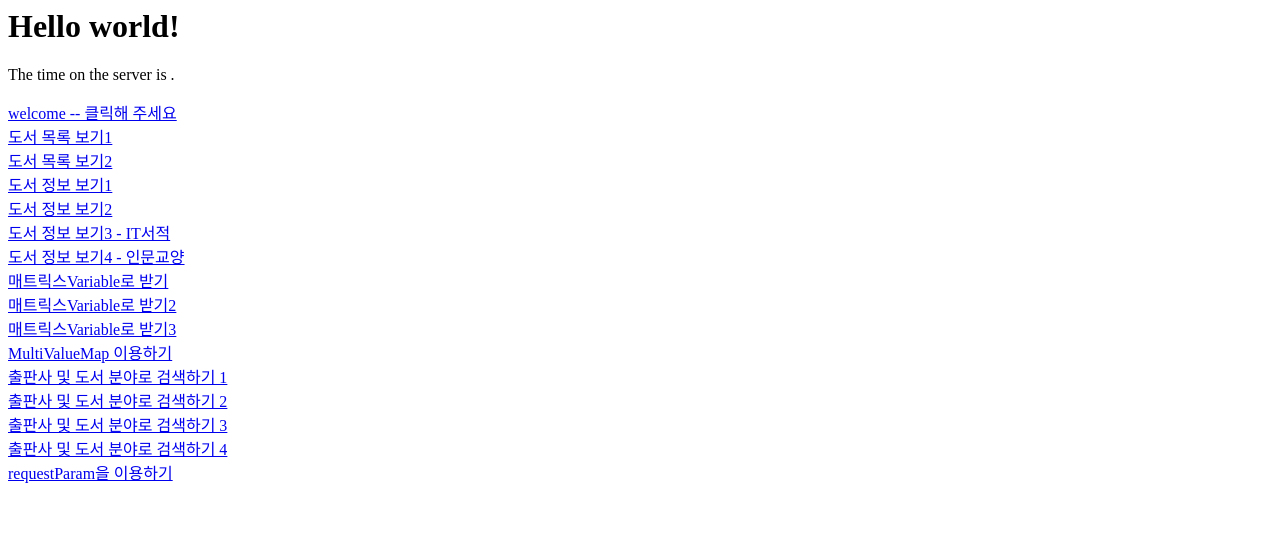
Repository: heojun0827/SpringLegacy
Page: http://localhost/book/WEB-INF/views/home.jsp
The author's editor kept a copy of each file at every save. The page is drawn from the files as they stood at one save, then again after the next save.
The browser window is 1280 px wide. The pictures show the whole page.
The page is served by Tomcat 9. Nobody is signed in. Other server files are loaded and not shown. The template is opened directly, without the code that normally fills it, so the values that code supplies are empty.

Above is the page before, as saved 2023-07-12 04:34:23.

### book/src/main/webapp/WEB-INF/views/home.jsp
<%@ page language="java" contentType="text/html; charset=UTF-8" pageEncoding="UTF-8"%>
<%@ taglib uri="http://java.sun.com/jsp/jstl/core" prefix="c" %>
<%@ page session="false" %>
<html>
<head>
	<title>Home</title>
</head>
<body>
	<h1>
		Hello world!
	</h1>

	<P>  The time on the server is ${serverTime}. </P>
	<a href="/home">welcome -- 클릭해 주세요</a><br>
	<a href="/books">도서 목록 보기1</a><br>
	<a href="/books/all">도서 목록 보기2</a><br>
	<a href="/test/t1/ISBN-13">도서 정보 보기1</a><br>
	<a href="/test/t2/에세이/publisher/대학문화사">도서 정보 보기2</a><br>
	<a href="/books/IT서적">도서 정보 보기3 - IT서적</a><br>
	<a href="/books/인문교양">도서 정보 보기4 - 인문교양</a><br>
	<a href="/test/t3/ISBN=300;category=인문교양">매트릭스Variable로 받기</a><br>
	<a href="/test/t5/ISBN-500;publisher=좋은책/category/IT서적;publisher=아이티">매트릭스Variable로 받기2</a><br>
	<a href="/test/t6/ISBN=600">매트릭스Variable로 받기3</a><br>
	<a href="/test/t7/ISBN=700;publisher=더조은;name=스프링/category/IT서적;publisher=아이티;author=아카데미">MultiValueMap 이용하기</a><br>
	<a href = "/books/filter/bookFilter;publisher=한길사;category=인문교양">출판사 및 도서 분야로 검색하기 1</a><br>
	<a href = "/books/filter/bookFilter;publisher=한빛아카데미;category=IT서적">출판사 및 도서 분야로 검색하기 2</a><br>
	<a href = "/books/filter/bookFilter;publisher=이지스퍼블리싱;category=IT서적"">출판사 및 도서 분야로 검색하기 3</a><br>

	<!--  이지스퍼블리싱 출판사에 도서분야가 IT서적, 인문교양 두개가 있다면 아래와 같이 작성하면됨 -->
	<a href="/books/filter/bookFilter;publisher=이지스퍼블리싱;category=IT서적,인문교양">출판사 및 도서 분야로 검색하기 4</a><br>
	<a href="/test/t8?id=ISBN-1234">requestParam을 이용하기</a><br>

	<a href="/test/regForm"
</body>
</html>

After the next save:
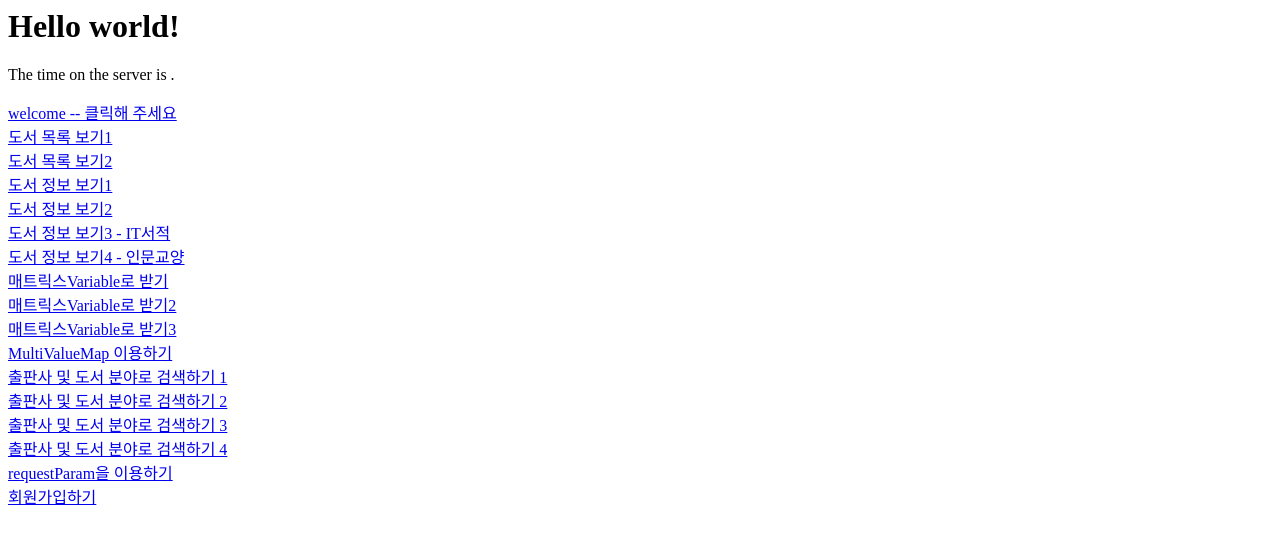
Saved 5 s later.
--- a/book/src/main/webapp/WEB-INF/views/home.jsp
+++ b/book/src/main/webapp/WEB-INF/views/home.jsp
@@ -30,6 +30,6 @@
 	<a href="/books/filter/bookFilter;publisher=이지스퍼블리싱;category=IT서적,인문교양">출판사 및 도서 분야로 검색하기 4</a><br>
 	<a href="/test/t8?id=ISBN-1234">requestParam을 이용하기</a><br>
 
-	<a href="/test/regForm"
+	<a href="/test/regForm">회원가입하기</a>
 </body>
 </html>
